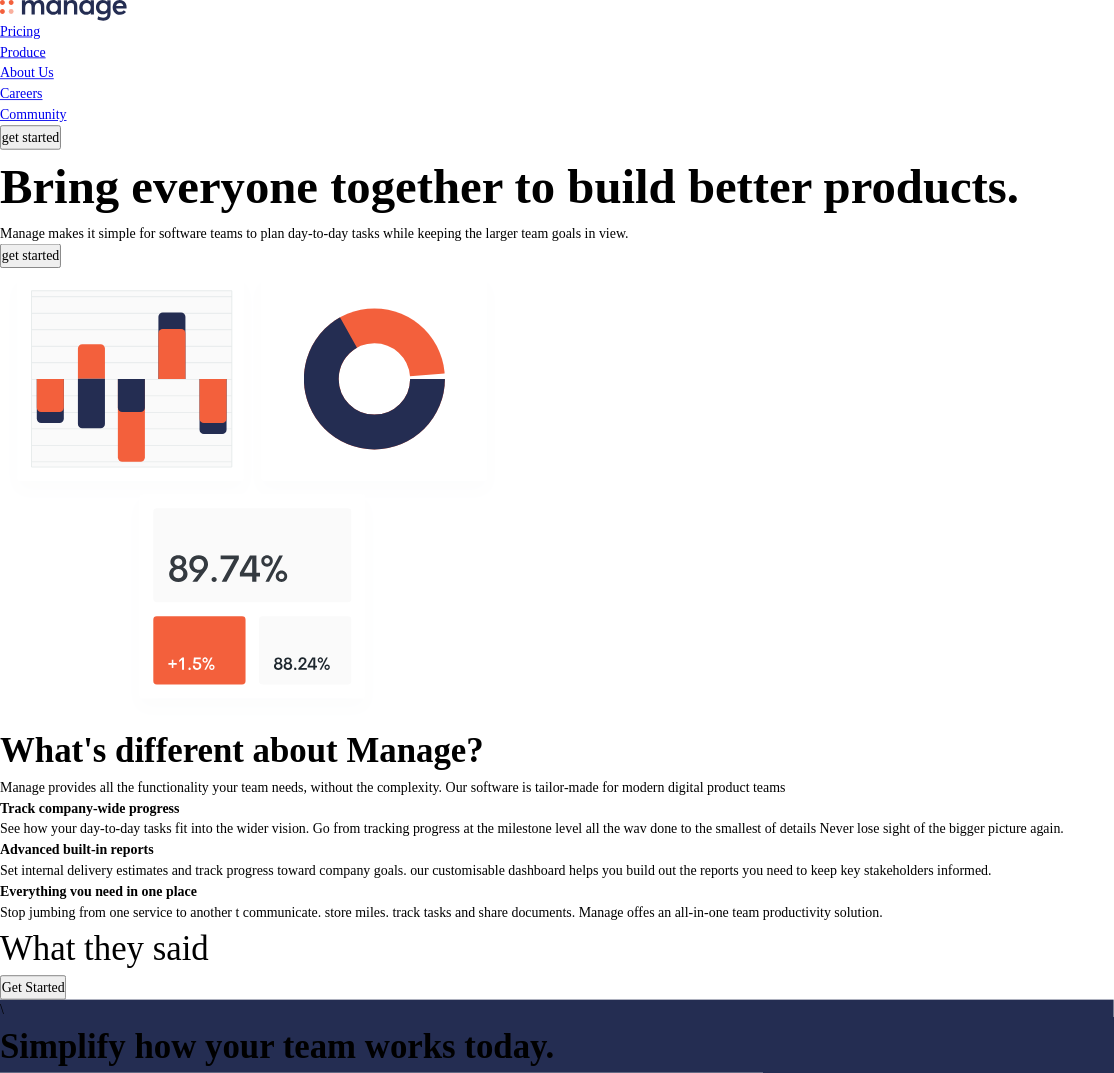
Repository: anthonybrown/website-practice
Page: index.html
These files come from the project's save history. The page is drawn as it stood at one moment and after the next save; the edit follows.
The browser window is 1280 px wide. The pictures show the whole page, at 87% of full size.

Above is the page before, as saved 2023-04-18 13:36:40.

### index.html
<!DOCTYPE html>
<html lang="en">

<head>
  <meta charset="UTF-8" />
  <link rel="icon" type="image/svg+xml" href="/vite.svg" />
  <meta name="viewport" content="width=device-width, initial-scale=1.0" />
  <title>Vite App</title>
  <link rel="preconnect" href="https://fonts.googleapis.com">
  <link rel="preconnect" href="https://fonts.gstatic.com" crossorigin>
  <link href="https://fonts.googleapis.com/css2?family=Be+Vietnam+Pro:wght@400;500;700&display=swap" rel="stylesheet">
  <link rel="stylesheet" href="style.css">
</head>

<body>
  <header class="primary-header">
    <div class="container">
      <a href="#" rel="noopener noreferrer">
        <img src="images/logo.svg" alt="manage">
      </a>
      <nav class="primary-navigation">
        <ul role="list" class="nav-list">
          <li><a href="#">Pricing</a></li>
          <li><a href="#">Produce</a></li>
          <li><a href="#">About Us</a></li>
          <li><a href="#">Careers</a></li>
          <li><a href="#">Community</a></li>
        </ul>
      </nav>
      <button class="button">get started</button>
    </div>
  </header>

  <main>
    <section>
      <div class="container">
        <div class="even-columns">
          <div>
            <h1 class="fs-primary-heading fw-bold">
              Bring everyone together to build better products.
            </h1>
            <p>
              Manage makes it simple for software teams to plan day-to-day tasks while
              keeping the larger team goals in view.
            </p>
            <button class="button">get started</button>
          </div>
          <div>
            <img src="images/illustration-intro.svg" alt="">
          </div>
        </div>
      </div>
    </section>

    <section>
      <div class="container">
        <div class="even-columns">
          <div>
            <h2 class="fs-secondary-heading fw-bold">
              What's different about Manage?
            </h2>
            <p>
              Manage provides all the functionality your team needs, without the complexity.
              Our software is tailor-made for modern digital product teams
            </p>
          </div>
          <div>
            <ul class="numbered-items" role="list">
              <li>
                <h3 class="fs-600 fw-bold">Track company-wide progress</h3>
                <p>
                  See how your day-to-day tasks fit into the wider vision.
                  Go from tracking progress at the milestone level all the wav done to
                  the smallest of details Never lose sight of the bigger picture again.
                </p>
              </li>
              <li>
                <h3 class="fs-600 fw-bold">Advanced built-in reports</h3>
                <p>
                  Set internal delivery estimates and track progress toward company goals.
                  our customisable dashboard helps you build out the reports you need
                  to keep key stakeholders informed.
                </p>
              </li>
              <li>
                <h3 class="fs-600 fw-bold">Everything vou need in one place</h3>
                <p>
                  Stop jumbing from one service to another t communicate. store miles.
                  track tasks and share documents. Manage offes an all-in-one team
                  productivity solution.
                </p>
              </li>
            </ul>
          </div>
        </div>
      </div>
    </section>

    <section class="carousel">
      <h2 class="fs-secondary-heading">What they said</h2>
      <button class="button">Get Started</button>
    </section>

    <section class="cta | bg-primary-400 text-neutral-900">
      <div class="container">\
        <p class="fs-secondary-heading fw-bold">Simplify how your team works today.</p>
      </div>
    </section>
  </main>

  <footer>

  </footer>

  <script type="module" src="/main.js"></script>
</body>

</html>

### style.css
:root {
  --clr-accent-400: hsl(12, 88%, 59%);
  --clr-accent-100: hsl(13, 100%, 96%);

  --clr-primary-400: hsl(228, 39%, 23%);

  --clr-neutral-100: hsl(232, 12%, 13%);
  --clr-neutral-900: hsl(0, 0%, 0%);

  --ff-primary: 'Be Vietnam Pro', sans-serif;

  --ff-body: var(--ff-primary);
  --ff-heading: var(--ff-primary);

  --fw-regular: 400;
  --fw-semi-bold: 500;
  --fw-bold: 700;

  --fs-300: 0.8125rem;
  --fs-400: 0.875rem;
  --fs-500: 0.9375rem;
  --fs-600: 1rem;
  --fs-700: 1.875rem;
  --fs-800: 2.5rem;
  --fs-900: 3.5rem;

  --fs-body: var(--fs-400);
  --fs-primary-heading: var(--fs-800);
  --fs-secondary-heading: var(--fs-700);
  --fs-nav: var(--fs-500);
  --fs-button: var(--fs-300);
}

@media (min-width: 50em) {
  :root {
    --fs-body: var(--fs-500);
    --fs-primary-heading: var(--fs-900);
    --fs-secondary-heading: var(--fs-800);

    --fs-nav: var(--fs-300);
  }
}

/* Box sizing rules */
*,
*::before,
*::after {
  box-sizing: border-box;
}

/* Remove default margin */

* {
  margin: 0;
  padding: 0;
  font: inherit;
}

/* Remove list styles on ul, ol elements with a list role, which suggests default styling will be removed */
ul[role='list'],
ol[role='list'] {
  list-style: none;
}

/* Set core root defaults */
html:focus-within {
  scroll-behavior: smooth;
}

html,
body {
  height: 100%;
}

/* Set core body defaults */
body {
  text-rendering: optimizeSpeed;
  line-height: 1.5;
}

/* A elements that don't have a class get default styles */
a:not([class]) {
  text-decoration-skip-ink: auto;
}

/* Make images easier to work with */
img,
svg,
picture {
  max-width: 100%;
  display: block;
}


/* Remove all animations, transitions and smooth scroll for people that prefer not to see them */
@media (prefers-reduced-motion: reduce) {
  html:focus-within {
    scroll-behavior: auto;
  }

  *,
  *::before,
  *::after {
    animation-duration: 0.01ms !important;
    animation-iteration-count: 1 !important;
    transition-duration: 0.01ms !important;
    scroll-behavior: auto !important;
  }
}

/* Utility Classes */

.text-primary-400 {
  color: var(--clr-primary-400)
}

.text-accent-400 {
  color: var(--clr-accent-400)
}

.text-neutral-100 {
  color: var(--clr-neutral-100)
}

.text-neutral-900 {
  color: var(--clr-neutral-900)
}

.bg-primary-400 {
  background-color: var(--clr-primary-400)
}

.bg-accent-400 {
  background-color: var(--clr-accent-400)
}

.bg-neutral-100 {
  background-color: var(--clr-neutral-100)
}

.bg-neutral-900 {
  background-color: var(--clr-neutral-900)
}

.fw-bold {
  font-weight: var(--fw-bold);
}

.fw-semi-bold {
  font-weight: var(--fw-semi-bold);
}

.fw-regular {
  font-weight: var(--fw-regular);
}


.fs-primary-heading {
  font-size: var(--fs-primary-heading);
}

.fs-secondary-heading {
  font-size: var(--fs-secondary-heading);
}

.fs-300 {
  font-size: var(--fs-300);
}

.fs-400 {
  font-size: var(--fs-400);
}

.fs-500 {
  font-size: var(--fs-500);
}

Loaded but not shown: main.js (empty)

After the next save:
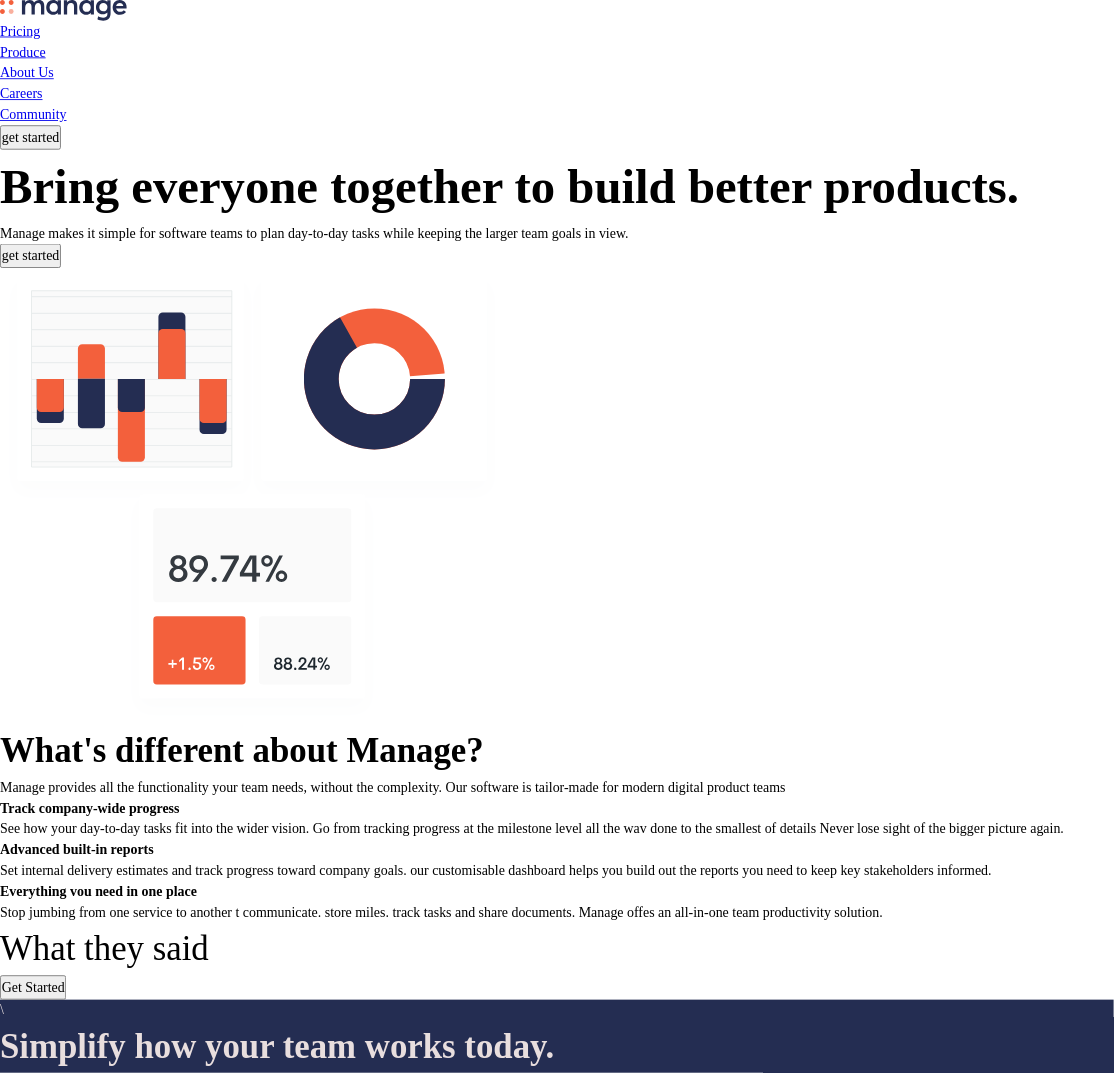
Saved 110 s later.
--- a/style.css
+++ b/style.css
@@ -5,7 +5,8 @@
   --clr-primary-400: hsl(228, 39%, 23%);
 
   --clr-neutral-100: hsl(232, 12%, 13%);
-  --clr-neutral-900: hsl(0, 0%, 0%);
+  --clr-neutral-900: hsl(0, 19%, 89%);
+
 
   --ff-primary: 'Be Vietnam Pro', sans-serif;
 

After the save that followed:
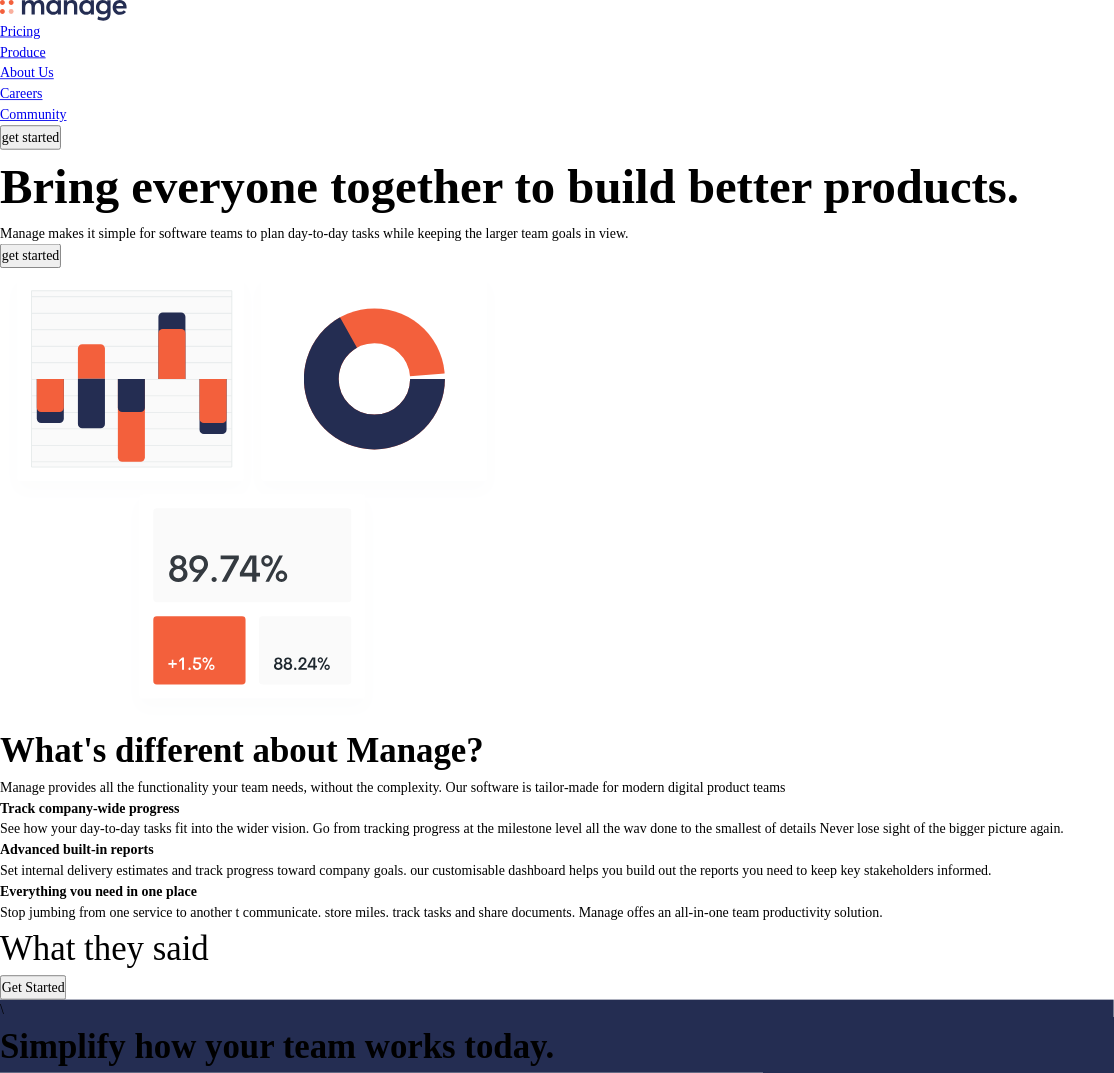
Saved 75 s later.
--- a/style.css
+++ b/style.css
@@ -5,7 +5,7 @@
   --clr-primary-400: hsl(228, 39%, 23%);
 
   --clr-neutral-100: hsl(232, 12%, 13%);
-  --clr-neutral-900: hsl(0, 19%, 89%);
+  --clr-neutral-900: hsl(0, 0%, 0%);
 
 
   --ff-primary: 'Be Vietnam Pro', sans-serif;
